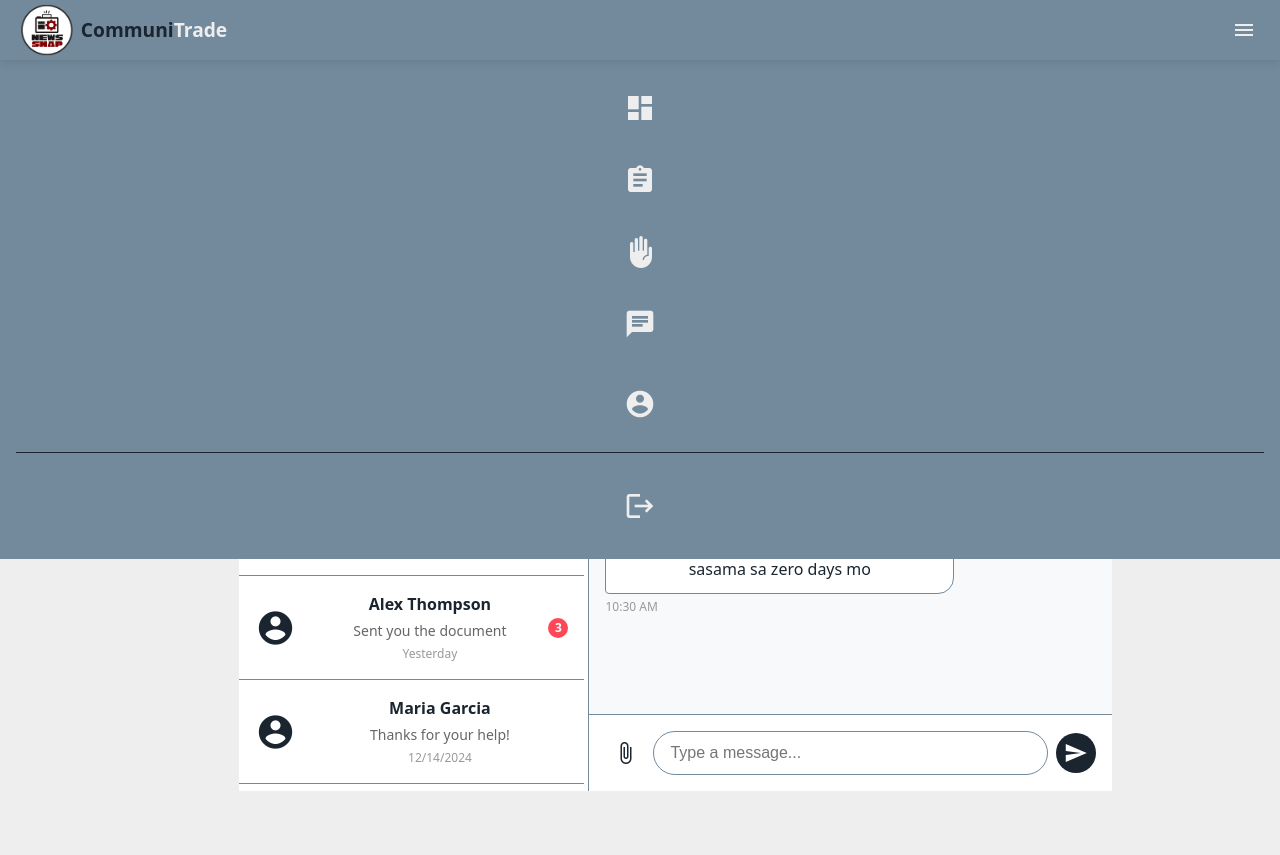
Repository: wholaanmo/news-snap
Page: /message
The author's editor kept a copy of each file at every save. The page is drawn from the files as they stood at one save, then again after a run of saves.
The browser window is 1280 px wide. The pictures show the whole page.
The project was rebuilt for these pictures with package versions that can differ from the ones it lists, and the page was loaded fresh each time. Also part of the build but not shown: src/components/AdminNavbar.vue, src/components/AdminSidebar.vue, src/layouts/AdminLayout.vue.

Above is the page before, as saved 2025-10-15 19:59:59.

### index.html
<!doctype html>
<html lang="en">
  <head>
    <meta charset="UTF-8" />
    <link rel="icon" type="image/svg+xml" href="/vite.svg" />
    <meta name="viewport" content="width=device-width, initial-scale=1.0" />
    <title>CommuniTrade</title>
    <link href="https://fonts.googleapis.com/css2?family=Material+Icons"
      rel="stylesheet">
    <link href="https://fonts.googleapis.com/css2?family=Roboto:wght@400;700&display=swap" rel="stylesheet">
    <link href="https://fonts.googleapis.com/css2?family=Inter:wght@400;600&display=swap" rel="stylesheet">
  </head>
  <body>
    <div id="app"></div>
    <script type="module" src="/src/main.js"></script>
  </body>
</html>

### src/App.vue
<template>
  <div class="app">
    <router-view />
  </div>
</template>

<script setup>
// No need for layout logic here anymore - it's handled by individual layouts
</script>

<style lang="css">
:root {
  --primary: #1a2530;
  --grey: #728a9c;
  --dark: #0F0E0E;
  --dark-alt: #37353E;
  --light: #EEEEEE;
  --sidebar-width: 230px;
}

* {
  margin: 0;
  padding: 0;
  box-sizing: border-box;
  scrollbar-width: thin;
  scrollbar-color: #728a9c #f0f0f0;
}

body {
  background: var(--light);
}

button {
  cursor: pointer;
  appearance: none;
  border: none;
  outline: none;
  background: none;
}

.app {
  min-height: 100vh;
}
</style>

### src/layouts/UserLayout.vue
<template>
    <div class="user-layout">
      <UserNavbar :toggle-sidebar="toggleSidebar" />
      <div class="layout-body">
        <UserSidebar :isOpen="sidebarOpen" @toggle="sidebarOpen = $event" />
        <main class="user-content" :class="sidebarOpen && 'sidebar-open'">
          <router-view />
        </main>
      </div>
    </div>
  </template>

  <script setup>
  import { ref } from 'vue'
  import UserNavbar from '@/components/Navbar.vue'
  import UserSidebar from '@/components/Sidebar.vue'

  const sidebarOpen = ref(false)

  const toggleSidebar = () => {
    sidebarOpen.value = !sidebarOpen.value
  }
  </script>

  <style scoped>
  .user-layout {
    min-height: 100vh;
  }

  .layout-body {
    display: flex;
    min-height: calc(100vh - 60px);
    margin-top: 30px; /* Account for navbar height */
  }

  .user-content {
    flex: 1 1 0;
    margin-left: calc(1.5rem + 32px);
    transition: margin-left 0.2s ease-out;
    padding: 2rem;
  }

  .user-content.sidebar-open {
    margin-left: var(--sidebar-width);
  }

  @media (max-width: 768px) {
    .user-content {
      margin-left: 0;
      padding: 1rem;
    }

    .user-content.sidebar-open {
      margin-left: 0;
    }
  }
  </style>

### src/views/message.vue
<template>
  <div class="message-page">
    <!-- Sidebar with conversation list -->
    <div class="conversation-sidebar" :class="{ 'sidebar-collapsed': !isSidebarExpanded }">
      <div class="sidebar-header">
        <h2>Messages</h2>
      </div>

      <div class="conversation-list">
        <div
          v-for="conversation in conversations"
          :key="conversation.id"
          class="conversation-item"
          :class="{ active: activeConversation?.id === conversation.id }"
          @click="selectConversation(conversation)"
        >
          <div class="avatar">
            <span class="material-icons">account_circle</span>
          </div>
          <div class="conversation-info">
            <div class="user-name">{{ conversation.userName }}</div>
            <div class="last-message">{{ conversation.lastMessage }}</div>
            <div class="timestamp">{{ conversation.timestamp }}</div>
          </div>
          <div v-if="conversation.unreadCount > 0" class="unread-badge">
            {{ conversation.unreadCount }}
          </div>
        </div>
      </div>
    </div>

    <!-- Main chat area -->
    <div class="chat-area">
      <div v-if="activeConversation" class="chat-container">
        <!-- Chat header -->
        <div class="chat-header">
          <div class="chat-user-info">
            <span class="material-icons">account_circle</span>
            <span class="user-name">{{ activeConversation.userName }}</span>
            <span class="status" :class="activeConversation.status">{{ activeConversation.status }}</span>
          </div>
        </div>

        <!-- Messages container -->
        <div class="messages-container" ref="messagesContainer">
          <div
            v-for="message in activeConversation.messages"
            :key="message.id"
            class="message"
            :class="message.sender"
          >
            <div class="message-content">
              <img
                v-if="message.type === 'image'"
                :src="message.content"
                alt="Sent image"
                class="message-image"
                @click="openImageModal(message.content)"
              />
              <span v-else>{{ message.content }}</span>
            </div>
            <div class="message-time">
              {{ message.time }}
            </div>
          </div>
        </div>

        <!-- Message input -->
        <div class="message-input-container">
          <div class="input-wrapper">
            <input
              ref="fileInput"
              type="file"
              accept="image/*"
              style="display: none"
              @change="handleImageUpload"
            />
            <button @click="triggerFileInput" class="attachment-button">
              <span class="material-icons">attach_file</span>
            </button>
            <input
              v-model="newMessage"
              type="text"
              placeholder="Type a message..."
              @keyup.enter="sendMessage"
              class="message-input"
            >
            <button @click="sendMessage" class="send-button">
              <span class="material-icons">send</span>
            </button>
          </div>
        </div>
      </div>

      <!-- Empty state when no conversation selected -->
      <div v-else class="no-conversation">
        <div class="empty-state">
          <span class="material-icons">chat</span>
          <h3>Select a conversation</h3>
          <p>Choose a conversation from the list to start messaging</p>
        </div>
      </div>
    </div>

    <!-- Image Modal -->
    <div v-if="selectedImage" class="image-modal" @click="closeImageModal">
      <div class="modal-content">
        <img :src="selectedImage" alt="Full size image" />
        <button class="close-modal" @click="closeImageModal">
          <span class="material-icons">close</span>
        </button>
      </div>
    </div>
  </div>
</template>

<script setup>
import { ref, onMounted, nextTick } from 'vue'

// Reactive data
const isSidebarExpanded = ref(true)
const activeConversation = ref(null)
const newMessage = ref('')
const messagesContainer = ref(null)
const fileInput = ref(null)
const selectedImage = ref(null)

// Sample conversations data
const conversations = ref([
  {
    id: 1,
    userName: 'John Doe',
    lastMessage: 'Thanks for the help!',
    timestamp: '10:30 AM',
    unreadCount: 2,
    status: 'online',
    messages: [
      { id: 1, content: 'Hi sah!', sender: 'them', time: '10:15 AM' },
      { id: 2, content: 'Uy musta my young stunna?', sender: 'me', time: '10:16 AM' },
      { id: 3, content: 'Need ko help sa project namin', sender: 'them', time: '10:20 AM' },
      { id: 4, content: 'Ay bounce na ko jan sah', sender: 'me', time: '10:25 AM' },
      { id: 5, content: 'Awit, makikita mo talaga kung sino sasama sa zero days mo', sender: 'them', time: '10:30 AM' }
    ]
  },
  {
    id: 2,
    userName: 'Sarah Wilson',
    lastMessage: 'See you tomorrow!',
    timestamp: 'Yesterday',
    unreadCount: 0,
    status: 'offline',
    messages: [
      { id: 1, content: 'Meeting tomorrow at 3 PM', sender: 'them', time: 'Yesterday' },
      { id: 2, content: 'Owkie dowkie', sender: 'me', time: 'Yesterday' }
    ]
  },
  {
    id: 3,
    userName: 'Mike Johnson',
    lastMessage: 'Tapos na po maem',
    timestamp: '12/15/2024',
    unreadCount: 1,
    status: 'online',
    messages: [
      { id: 1, content: 'The files you requested are ready for review', sender: 'them', time: '12/15/2024' }
    ]
  },
  {
    id: 4,
    userName: 'Emily Davis',
    lastMessage: 'Are we still meeting today?',
    timestamp: '11:45 AM',
    unreadCount: 0,
    status: 'online',
    messages: [
      { id: 1, content: 'Hey, are you available for a quick call?', sender: 'them', time: '11:30 AM' },
      { id: 2, content: 'Sure, what time works for you?', sender: 'me', time: '11:35 AM' }
    ]
  },
  {
    id: 5,
    userName: 'Alex Thompson',
    lastMessage: 'Sent you the document',
    timestamp: 'Yesterday',
    unreadCount: 3,
    status: 'online',
    messages: [
      { id: 1, content: 'Can you review this document when you have time?', sender: 'them', time: 'Yesterday' },
      { id: 2, content: 'Of course, send it over', sender: 'me', time: 'Yesterday' }
    ]
  },
  {
    id: 6,
    userName: 'Maria Garcia',
    lastMessage: 'Thanks for your help!',
    timestamp: '12/14/2024',
    unreadCount: 0,
    status: 'offline',
    messages: [
      { id: 1, content: 'I really appreciate your assistance with the project', sender: 'them', time: '12/14/2024' },
      { id: 2, content: 'Happy to help anytime!', sender: 'me', time: '12/14/2024' }
    ]
  },
  {
    id: 7,
    userName: 'David Chen',
    lastMessage: 'Lets catch up soon',
    timestamp: '12/13/2024',
    unreadCount: 1,
    status: 'online',
    messages: [
      { id: 1, content: 'Long time no see! How have you been?', sender: 'them', time: '12/13/2024' },
      { id: 2, content: 'Doing great! We should definitely meet up', sender: 'me', time: '12/13/2024' }
    ]
  },
  {
    id: 8,
    userName: 'Lisa Rodriguez',
    lastMessage: 'The package arrived',
    timestamp: '12/12/2024',
    unreadCount: 0,
    status: 'offline',
    messages: [
      { id: 1, content: 'Just wanted to let you know the package arrived safely', sender: 'them', time: '12/12/2024' },
      { id: 2, content: 'Great! Thanks for the update', sender: 'me', time: '12/12/2024' }
    ]
  },
  {
    id: 9,
    userName: 'Kevin Wilson',
    lastMessage: 'Check this out!',
    timestamp: '12/11/2024',
    unreadCount: 2,
    status: 'online',
    messages: [
      { id: 1, content: 'Found this interesting article you might like', sender: 'them', time: '12/11/2024' },
      { id: 2, content: 'Looks cool, Ill read it later', sender: 'me', time: '12/11/2024' }
    ]
  }
])

// Methods
const toggleSidebar = () => {
  isSidebarExpanded.value = !isSidebarExpanded.value
}

const selectConversation = (conversation) => {
  activeConversation.value = conversation
  // Mark as read when selected
  conversation.unreadCount = 0
  // Scroll to bottom of messages
  nextTick(() => {
    scrollToBottom()
  })
}

const sendMessage = () => {
  if (!newMessage.value.trim() || !activeConversation.value) return

  const newMsg = {
    id: Date.now(),
    content: newMessage.value,
    sender: 'me',
    time: new Date().toLocaleTimeString([], { hour: '2-digit', minute: '2-digit' })
  }

  activeConversation.value.messages.push(newMsg)
  activeConversation.value.lastMessage = newMessage.value
  activeConversation.value.timestamp = 'Just now'

  newMessage.value = ''

  // Scroll to bottom after sending
  nextTick(() => {
    scrollToBottom()
  })
}

const triggerFileInput = () => {
  fileInput.value.click()
}

const handleImageUpload = (event) => {
  const file = event.target.files[0]
  if (file && file.type.startsWith('image/')) {
    const reader = new FileReader()
    reader.onload = (e) => {
      const imageMsg = {
        id: Date.now(),
        content: e.target.result,
        sender: 'me',
        type: 'image',
        time: new Date().toLocaleTimeString([], { hour: '2-digit', minute: '2-digit' })
      }

      activeConversation.value.messages.push(imageMsg)
      activeConversation.value.lastMessage = 'Sent an image'
      activeConversation.value.timestamp = 'Just now'

      // Scroll to bottom after sending
      nextTick(() => {
        scrollToBottom()
      })
    }
    reader.readAsDataURL(file)
  }

  // Reset file input
  event.target.value = ''
}

const openImageModal = (imageSrc) => {
  selectedImage.value = imageSrc
}

const closeImageModal = () => {
  selectedImage.value = null
}

const scrollToBottom = () => {
  if (messagesContainer.value) {
    messagesContainer.value.scrollTop = messagesContainer.value.scrollHeight
  }
}

// Lifecycle
onMounted(() => {
  // Select first conversation by default
  if (conversations.value.length > 0) {
    selectConversation(conversations.value[0])
  }
})
</script>

<style scoped>
.message-page {
  display: flex;
  height: calc(100vh - 20px);
  margin-top: -3px;
  background-color: var(--light);
}

/* Conversation Sidebar Styles */
.conversation-sidebar {
  width: 350px;
  background-color: white;
  border-right: 1px solid var(--grey);
  display: flex;
  flex-direction: column;
  transition: width 0.3s ease;
  overflow: hidden;
}

.sidebar-collapsed {
  width: 60px;
}

.sidebar-header {
  display: flex;
  justify-content: space-between;
  align-items: center;
  padding: 1rem;
  border-bottom: 1px solid var(--grey);
  background-color: var(--grey);
}

.sidebar-header h2 {
  margin: 0;
  color: var(--primary);
  font-size: 1.5rem;
}

.toggle-sidebar {
  background: none;
  border: none;
  cursor: pointer;
  color: var(--primary);
  padding: 0.5rem;
  border-radius: 0.25rem;
}

.toggle-sidebar:hover {
  background-color: var(--light);
}

.conversation-list {
  flex: 1;
  overflow-y: auto;
  padding-right: 4px;
}

/* Custom scrollbar for conversation list */
.conversation-list::-webkit-scrollbar {
  width: 8px;
}

.conversation-list::-webkit-scrollbar-track {
  background: #f1f1f1;
  border-radius: 4px;
}

.conversation-list::-webkit-scrollbar-thumb {
  background: var(--primary);
  border-radius: 4px;
}

.conversation-list::-webkit-scrollbar-thumb:hover {
  background: var(--dark);
}

.conversation-item {
  display: flex;
  align-items: center;
  padding: 1rem;
  cursor: pointer;
  border-bottom: 1px solid var(--grey);
  transition: background-color 0.2s ease;
  position: relative;
}

.conversation-item:hover {
  background-color: var(--light);
}

.conversation-item.active {
  background-color: var(--primary);
  color: white;
}

.conversation-item.active .user-name,
.conversation-item.active .last-message,
.conversation-item.active .timestamp {
  color: white;
}

.avatar {
  margin-right: 1rem;
  flex-shrink: 0;
}

.avatar .material-icons {
  font-size: 2.5rem;
  color: var(--primary);
}

.conversation-item.active .avatar .material-icons {
  color: white;
}

.conversation-info {
  flex: 1;
  min-width: 0;
}

.user-name {
  font-weight: 600;
  margin-bottom: 0.25rem;
  color: var(--primary);
}

.last-message {
  font-size: 0.875rem;
  color: #666;
  white-space: nowrap;
  overflow: hidden;
  text-overflow: ellipsis;
}

.timestamp {
  font-size: 0.75rem;
  color: #999;
  margin-top: 0.25rem;
}

.unread-badge {
  background-color: #ff4757;
  color: white;
  border-radius: 50%;
  width: 20px;
  height: 20px;
  display: flex;
  align-items: center;
  justify-content: center;
  font-size: 0.75rem;
  font-weight: 600;
}

/* Chat Area Styles */
.chat-area {
  flex: 1;
  display: flex;
  flex-direction: column;
  background-color: white;
}

.chat-container {
  display: flex;
  flex-direction: column;
  height: 100%;
  width: 103%;
}

.chat-header {
  padding: 1rem;
  border-bottom: 1px solid var(--grey);
  background-color: white;
}

.chat-user-info {
  display: flex;
  align-items: center;
  gap: 0.5rem;
}

.chat-user-info .material-icons {
  font-size: 2rem;
  color: var(--primary);
}

.status {
  font-size: 0.875rem;
  padding: 0.25rem 0.5rem;
  border-radius: 1rem;
  text-transform: capitalize;
}

.status.online {
  background-color: #2ed573;
  color: white;
}

.status.offline {
  background-color: #747d8c;
  color: white;
}

.messages-container {
  flex: 1;
  padding: 1rem;
  overflow-y: auto;
  display: flex;
  flex-direction: column;
  gap: 1rem;
  background-color: #f8f9fa;
  padding-right: 8px;
}

/* Custom scrollbar for messages container */
.messages-container::-webkit-scrollbar {
  width: 6px;
}

.messages-container::-webkit-scrollbar-track {
  background: #e9ecef;
  border-radius: 3px;
}

.messages-container::-webkit-scrollbar-thumb {
  background: #adb5bd;
  border-radius: 3px;
}

.messages-container::-webkit-scrollbar-thumb:hover {
  background: #6c757d;
}

.message {
  display: flex;
  flex-direction: column;
  max-width: 70%;
}

.message.me {
  align-self: flex-end;
  align-items: flex-end;
}

.message.them {
  align-self: flex-start;
  align-items: flex-start;
}

.message-content {
  padding: 0.75rem 1rem;
  border-radius: 1rem;
  word-wrap: break-word;
}

.message.me .message-content {
  background-color: var(--primary);
  color: white;
  border-bottom-right-radius: 0.25rem;
}

.message.them .message-content {
  background-color: white;
  color: var(--primary);
  border: 1px solid var(--grey);
  border-bottom-left-radius: 0.25rem;
}

.message-image {
  max-width: 300px;
  max-height: 300px;
  border-radius: 0.5rem;
  cursor: pointer;
  transition: transform 0.2s ease;
}

.message-image:hover {
  transform: scale(1.02);
}

.message-time {
  font-size: 0.75rem;
  color: #999;
  margin-top: 0.25rem;
}

.message-input-container {
  padding: 1rem;
  border-top: 1px solid var(--grey);
  background-color: white;
}

.input-wrapper {
  display: flex;
  gap: 0.5rem;
  align-items: center;
}

.attachment-button {
  background: none;
  border: none;
  color: var(--primary);
  cursor: pointer;
  padding: 0.5rem;
  border-radius: 50%;
  transition: background-color 0.2s ease;
}

.attachment-button:hover {
  background-color: var(--light);
}

.message-input {
  flex: 1;
  padding: 0.75rem 1rem;
  border: 1px solid var(--grey);
  border-radius: 2rem;
  outline: none;
  font-size: 1rem;
}

.message-input:focus {
  border-color: var(--primary);
}

.send-button {
  background-color: var(--primary);
  color: white;
  border: none;
  border-radius: 50%;
  width: 40px;
  height: 40px;
  display: flex;
  align-items: center;
  justify-content: center;
  cursor: pointer;
  transition: background-color 0.2s ease;
}

.send-button:hover {
  background-color: var(--dark);
}

.no-conversation {
  flex: 1;
  display: flex;
  align-items: center;
  justify-content: center;
  background-color: #f8f9fa;
}

.empty-state {
  text-align: center;
  color: #666;
}

.empty-state .material-icons {
  font-size: 4rem;
  color: var(--grey);
  margin-bottom: 1rem;
}

/* Image Modal Styles */
.image-modal {
  position: fixed;
  top: 0;
  left: 0;
  width: 100%;
  height: 100%;
  background-color: rgba(0, 0, 0, 0.9);
  display: flex;
  align-items: center;
  justify-content: center;
  z-index: 1000;
}

.modal-content {
  position: relative;
  max-width: 90%;
  max-height: 90%;
}

.modal-content img {
  max-width: 100%;
  max-height: 90vh;
  border-radius: 0.5rem;
}

.close-modal {
  position: absolute;
  top: -40px;
  right: 0;
  background: none;
  border: none;
  color: white;
  font-size: 2rem;
  cursor: pointer;
  padding: 0.5rem;
}

/* Responsive Design */
@media (max-width: 768px) {
  .conversation-sidebar {
    position: absolute;
    left: 0;
    top: 0;
    height: 100%;
    z-index: 98;
    transform: translateX(0);
  }

  .sidebar-collapsed {
    transform: translateX(-100%);
  }

  .chat-area {
    width: 100%;
  }

  .message {
    max-width: 85%;
  }

  .message-image {
    max-width: 200px;
    max-height: 200px;
  }
}

/* Material Icons alignment fix */
.material-icons {
  vertical-align: bottom;
}
</style>

### src/components/Navbar.vue
<template>
  <nav class="navbar">
    <div class="navbar-content">
      <div class="navbar-left">
        <div class="logo-container">
          <img src="../assets/CommuniTrade.png" alt="CommuniTrade Logo" class="logo-img">
          <p class="logo-text">Communi<span class="logo-text1">Trade</span></p>
        </div>
      </div>

      <div class="navbar-right">
        <button class="hamburger-btn" @click="toggleSidebar">
          <span class="material-icons">menu</span>
        </button>
      </div>
    </div>
  </nav>
</template>

<script setup>
defineProps({
  toggleSidebar: Function
})
</script>

<style scoped>
.navbar {
  position: fixed;
  top: 0;
  left: 0;
  right: 0;
  height: 60px;
  background-color: var(--grey);
  color: var(--light);
  z-index: 98;
  box-shadow: 0 2px 10px rgba(0, 0, 0, 0.1);
}

.navbar-content {
  display: flex;
  align-items: center;
  justify-content: space-between;
  height: 100%;
  padding: 0 1rem;
}

.navbar-left {
  display: flex;
  align-items: center;
}

.navbar-right {
  display: flex;
  align-items: center;
}

.logo-container {
  display: flex;
  align-items: center;
  gap: 0.5rem;
}

.logo-img {
  width: 52px;
  height: 52px;
  object-fit: contain;
  margin-left: 0.3rem;
}

.logo-text1 {
  font-weight: bold;
  font-size: 1.2rem;
  color: var(--light);
}

.logo-text {
  font-weight: bold;
  font-size: 1.2rem;
  color: var(--primary);
}

.hamburger-btn {
  display: flex;
  align-items: center;
  justify-content: center;
  width: 40px;
  height: 40px;
  border-radius: 50%;
  transition: all 0.3s ease;
  color: var(--light);
}

.hamburger-btn:hover {
  color: var(--primary);
  transform: rotate(180deg);
}

/* Remove the media query that hides the logo text */
/* @media (max-width: 768px) {
  .logo-text {
    display: none;
  }
} */

/* Instead, adjust font size for very small screens */
@media (max-width: 480px) {
  .logo-text {
    font-size: 1rem;
  }

  .logo-img {
    width: 35px;
    height: 35px;
  }
}

@media (max-width: 360px) {
  .logo-text {
    font-size: 0.9rem;
  }
}
</style>

Loaded but not shown: src/style.css (common file); src/main.js (98 lines, source omitted); src/components/Sidebar.vue (236 lines, source omitted)

After the next 2 saves:
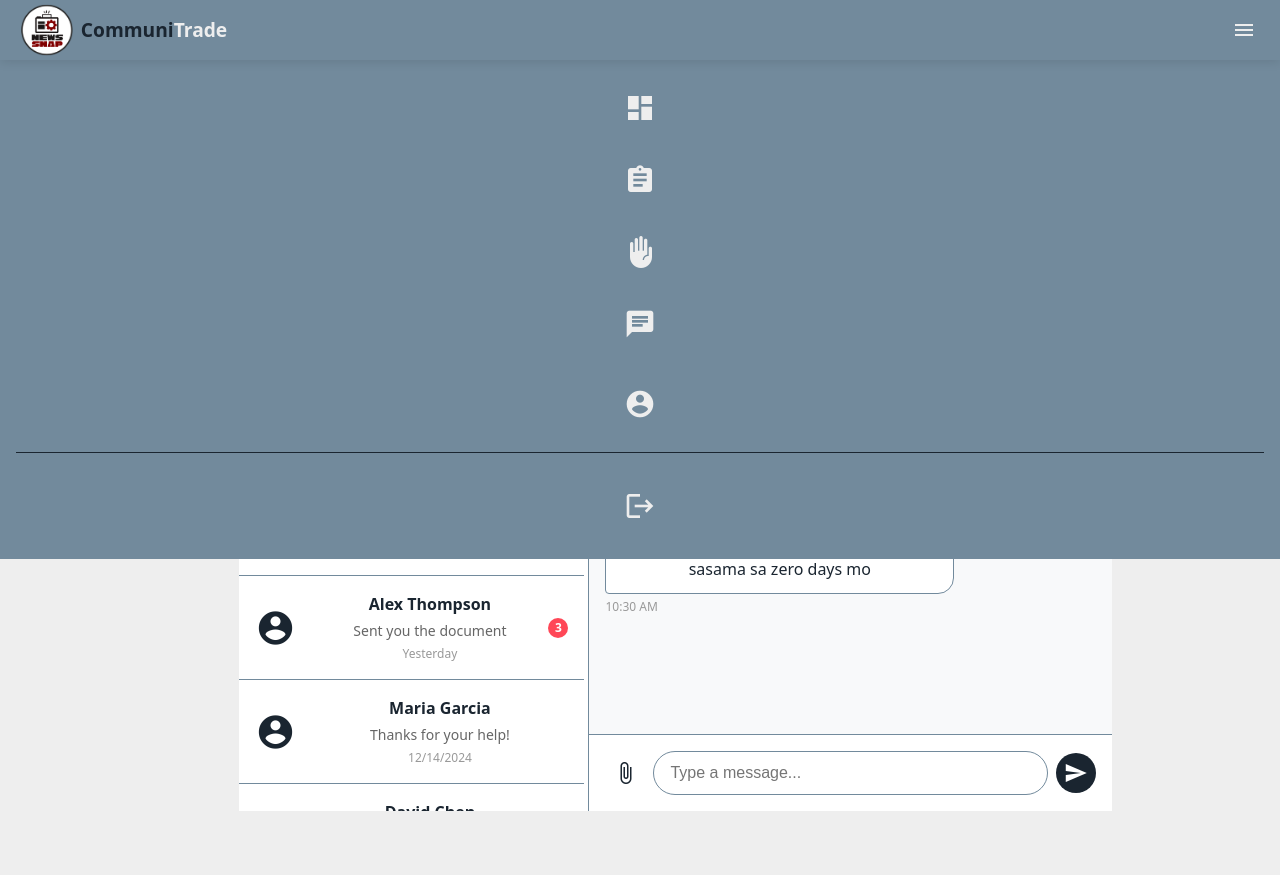
The 2 saves are shown as one change because they came seconds apart.
The last was saved 14 s later.
--- a/src/views/message.vue
+++ b/src/views/message.vue
@@ -335,7 +335,7 @@ onMounted(() => {
 <style scoped>
 .message-page {
   display: flex;
-  height: calc(100vh - 20px);
+  height: 100vh;
   margin-top: -3px;
   background-color: var(--light);
 }
